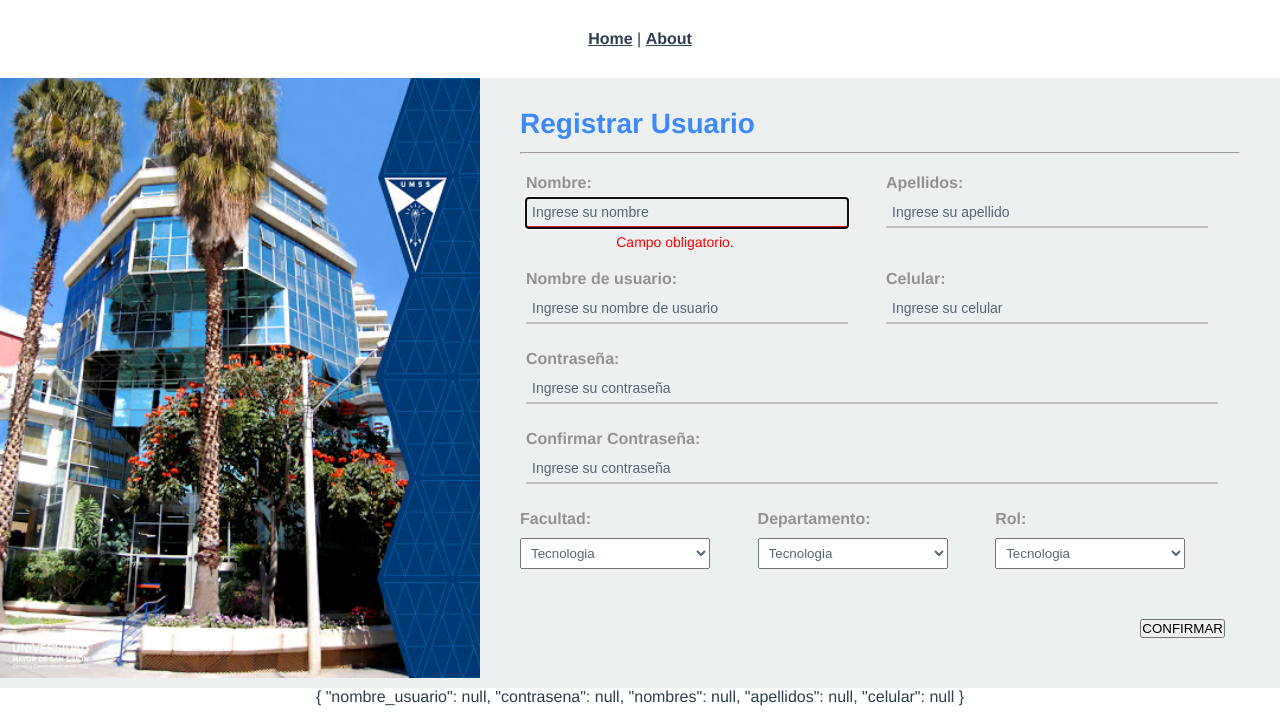
Repository: BritanyTorrico/front-cotizaciones
Page: /register
The author's editor kept a copy of each file at every save. The page is drawn from the files as they stood at one save, then again after the next save.
The browser window is 1280 px wide. The pictures show the whole page.
The first visible `.form_check-input-error` has the focus.
The project was rebuilt for these pictures with package versions that can differ from the ones it lists, and the page was loaded fresh each time. Also part of the build but not shown: vue.config.js, src/components/HelloWorld.vue, src/views/Home.vue.

Above is the page before, as saved 2021-04-22 00:50:34.

After the next save:
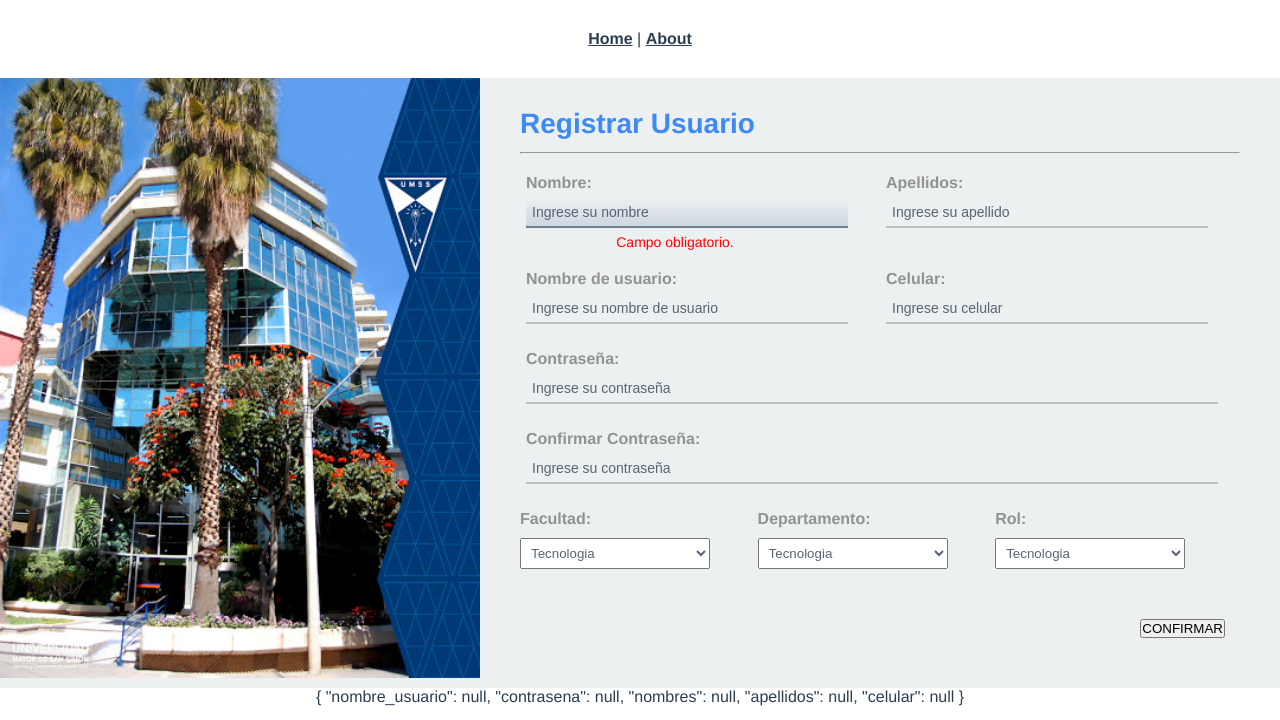
Saved 42 s later.
--- a/src/components/User/RegisterUser.vue
+++ b/src/components/User/RegisterUser.vue
@@ -215,6 +215,11 @@
   outline: none;
   border-bottom: 2px solid #747d8c;
 }
+.form_check-input-error:focus {
+  background: linear-gradient(to bottom, transparent, #ced6e0);
+  outline: none;
+  border-bottom: 2px solid #747d8c;
+}
 ::placeholder {
   color: #576574;
 }
